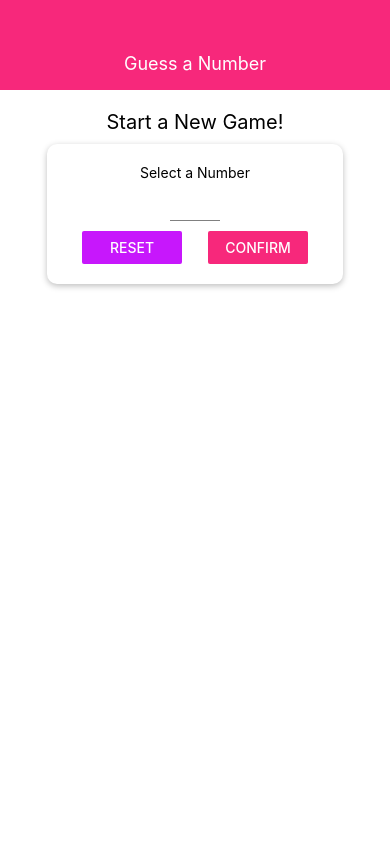
Repository: jes-wd/rn-num-guess
Screen: /
The author's editor kept a copy of each file at every save. The screen is drawn from the files as they stood at one save, then again after the next save.
The app was drawn by React Native's web renderer in a window 390 px wide. The project was rebuilt for these pictures with package versions that can differ from the ones it lists, and the page was loaded fresh each time. Some packages were replaced by stand-ins written for this rebuild. Also part of the build but not shown: components/NumberContainer.js, screens/GameScreen.js, screens/GameOverScreen.js.

Above is the screen before, as saved 2020-03-22 23:29:24.

After the next save:
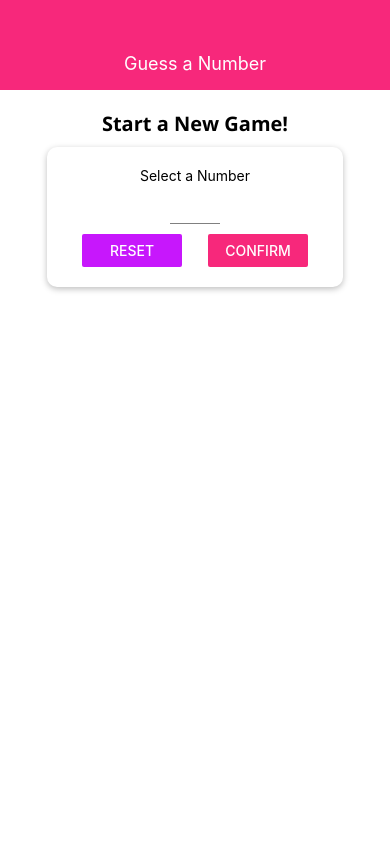
Saved 53 s later.
--- a/screens/StartGameScreen.js
+++ b/screens/StartGameScreen.js
@@ -87,7 +87,8 @@ const styles = StyleSheet.create({
   },
   title: {
     fontSize: 20,
-    marginVertical: 10
+    marginVertical: 10,
+    fontFamily: 'open-sans-bold'
   },
   inputContainer: {
     width: 300,
